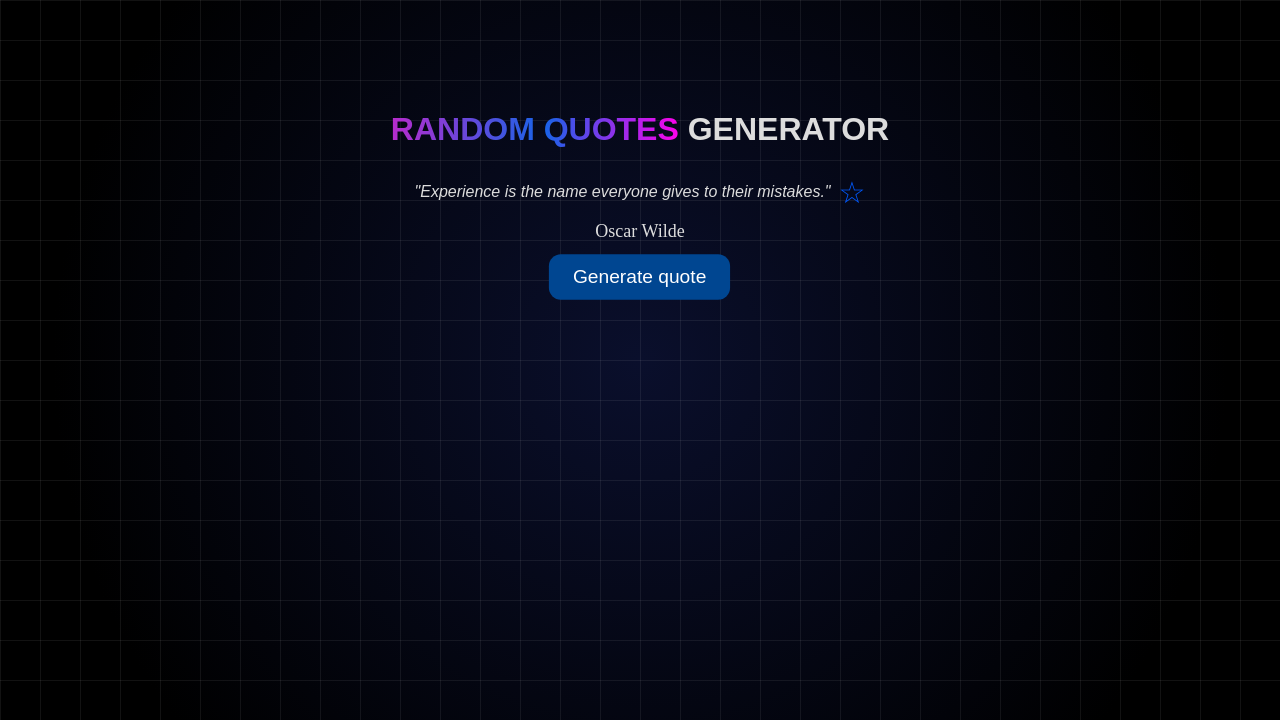
Repository: Adel-la/random-quotes
Page: index.html
The author's editor kept a copy of each file at every save. The page is drawn from the files as they stood at one save, then again after the next save.
The browser window is 1280 px wide. The pictures show the whole page.
The pointer rests on the first visible `.btn`.

Above is the page before, as saved 2025-06-25 22:36:39.

After the next save:
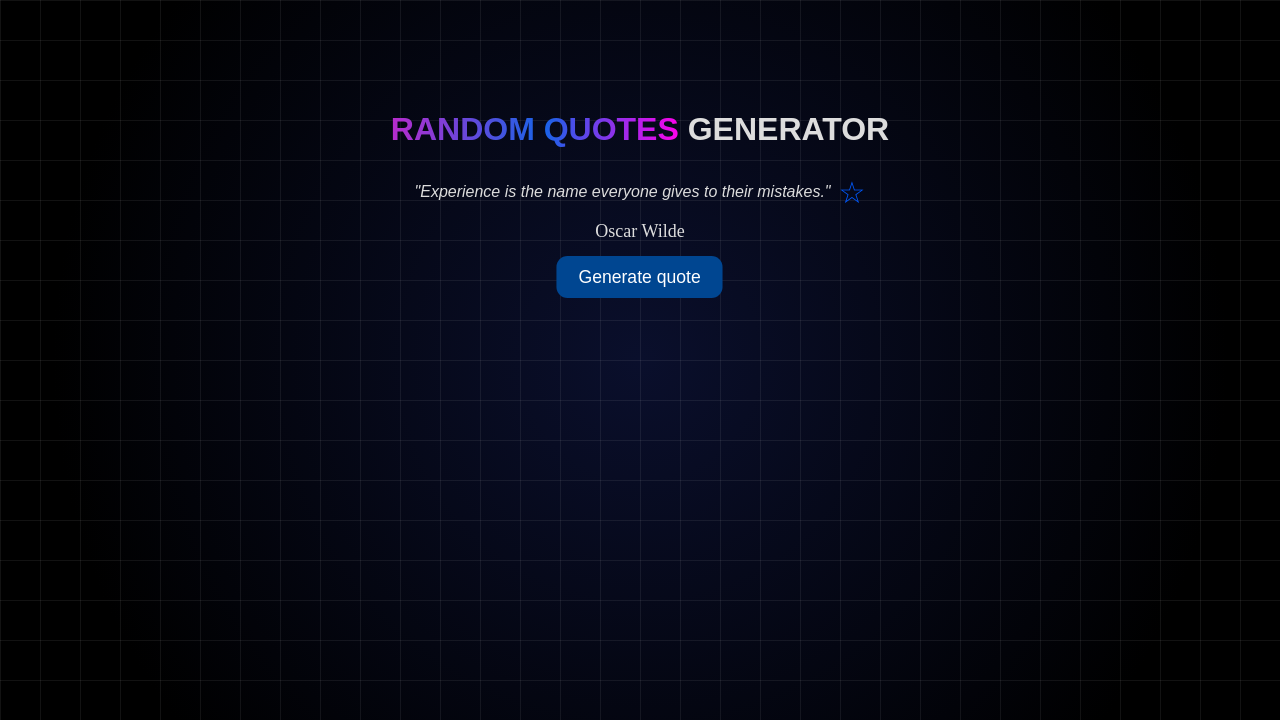
Saved 12 s later.
--- a/styles.css
+++ b/styles.css
@@ -29,7 +29,7 @@ body {
 
 .btn:hover{
   background-color: #004691;
-  transform: scale(1.2);
+  transform: scale(1.1);
   transition: 0.2s;
 }
 
